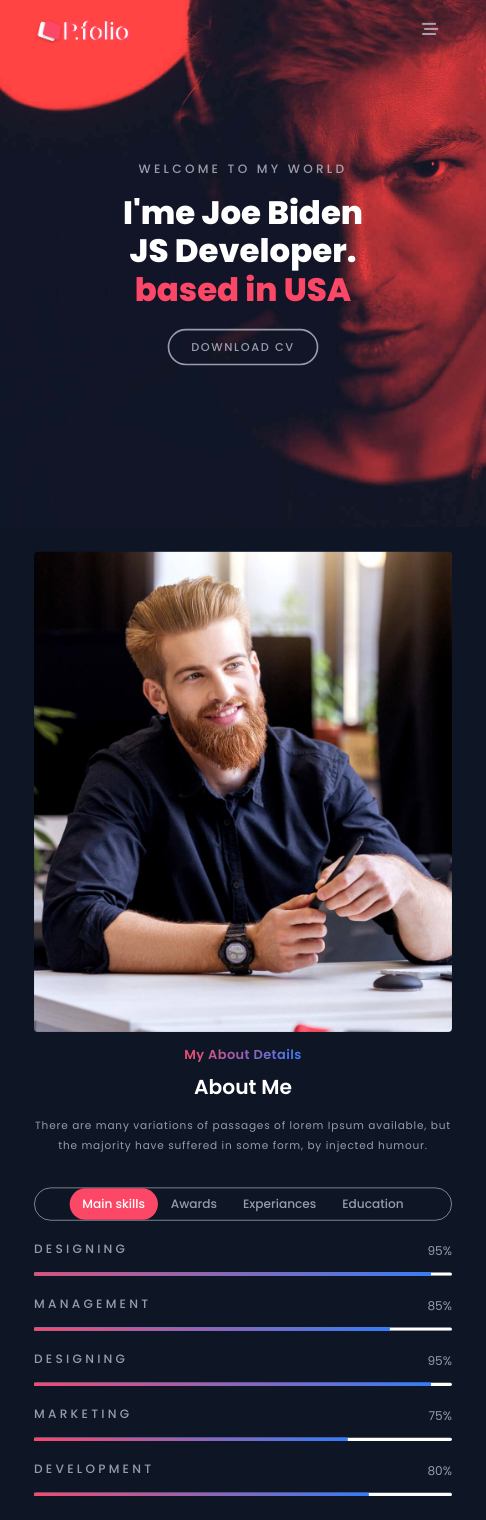
Repository: wadelfadill/Bootstrap_tache_3_responsive_portfolio
Page: index.html
These files come from the project's save history. The page is drawn as it stood at one moment and after the next save; the edit follows.
The browser window is 600 px wide. The pictures show the whole page, at 81% of full size.
Backgrounds fixed to the window are drawn as part of the page. Some web libraries are served in a nearby version.

Above is the page before, as saved 2023-04-11 11:03:49.

### index.html
<!DOCTYPE html>
<html lang="en">
<head>
    <meta charset="UTF-8">
    <meta http-equiv="X-UA-Compatible" content="IE=edge">
    <meta name="viewport" content="width=device-width, initial-scale=1.0">
    <title>Bootstrap_Responsive_Portfolio</title>
    <!------ FAVICON ------->
    <link rel="icon" type="image/png" href="images/favicon.png">

    <!------------ Bootstrap link --------------->
    <link href="https://cdn.jsdelivr.net/npm/bootstrap@5.1.3/dist/css/bootstrap.min.css" rel="stylesheet" integrity="sha384-1BmE4kWBq78iYhFldvKuhfTAU6auU8tT94WrHftjDbrCEXSU1oBoqyl2QvZ6jIW3" crossorigin="anonymous">

    <!-------------- Font-awsome script  ------------->
    <script src="https://kit.fontawesome.com/8f130c8a35.js" crossorigin="anonymous"></script>

    <!------------ CSS files link  ------------->
    <link rel="stylesheet" href="css/style.css">
    <link rel="stylesheet" href="css/responsive-style.css">

    <!------------- Google-Font link ---------------->
    <link rel="stylesheet" href="https://fonts.googleapis.com/css2?family=Poppins%3Awght%40100%3B200%3B300%3B400%3B500%3B600%3B700%3B800%3B900&display=swap">
</head>
<body data-bs-spy="scroll" data-bs-target=".navbar" data-bs-offset="75">
    <!------------------------------------------------------>
        <!------------- Navbar Section ----------->
        <header class="header_wrapper">
            <nav class="navbar navbar-expand-lg fixed-top">
                <div class="container">
                  <a class="navbar-brand" href="#">
                    <img src="images/logo.png" alt="logo" class="img-fluid">
                  </a>
                  <button class="navbar-toggler" type="button" data-bs-toggle="collapse" data-bs-target="#navbarNav" aria-controls="navbarNav" aria-expanded="false" aria-label="Toggle navigation">
                    <i class="fa-solid fa-bars-staggered navbar-toggler-icon"></i>
                  </button>
                  <div class="collapse navbar-collapse justify-content-end" id="navbarNav">
                    <ul class="navbar-nav menu-navbar-nav">
                      <li class="nav-item">
                        <a class="nav-link active" aria-current="page" href="#home">Home</a>
                      </li>
                      <li class="nav-item">
                        <a class="nav-link" href="#about">About</a>
                      </li>
                      <li class="nav-item">
                        <a class="nav-link" href="#services">Services</a>
                      </li>
                      <li class="nav-item">
                        <a class="nav-link" href="#portfolio">Portfolio</a>
                      </li>
                      <li class="nav-item">
                        <a class="nav-link" href="#contact">Contact</a>
                      </li>
                      <li class="nav-item mt-3 mt-lg-0">
                        <a class="main-btn" href="#contact">Hire me</a>
                      </li>
                    </ul>
                  </div>
                </div>
              </nav>
        </header>
        <!----------- Navbar section end -------->
    <!------------------------------------------------------>
        <!----------- Banner section ------------->
        <section id="home" class="banner_wrapper">
            <div class="container">
                <div class="row">
                    <div class="col-sm-12 text-center text-md-start">
                        <h6>WELCOME TO MY WORLD</h6>
                        <h1>I'me Joe Biden <br> JS Developer. <span><br>based in USA</span></h1>
                        <div class="mt-4">
                            <a href="" class="main-btn">Download CV</a>
                        </div>
                    </div>
                </div>
            </div>
        </section>
        <!----------- Banner section end --------->
    <!------------------------------------------------------>
        <!----------- About section -------------->
        <section id="about" class="about_wrapper">
            <div class="container">
              <div class="row justify-content-between align-items-center">
                  <div class="col-lg-5 mb-lg-0">
                    <img src="images/about.jpg" alt="about-img" class="img-fluid rounded-3">
                  </div>
                  <div class="col-lg-7 ps-lg-5 text-center text-lg-start">
                    <div class="my-3 my-lg-0">
                      <span class="subtitle">My About Details</span>
                      <h2>About Me</h2>
                      <p>There are many variations of passages of lorem Ipsum available, but the majority have
                        suffered in some form, by injected humour.</p>
                    </div>
                    <div class="pt-4">
                      <ul class="nav nav-pills mb-3 justify-content-center justify-content-lg-between" id="pills-tab" role="tablist">
                        <li class="nav-item" role="presentation">
                          <button class="nav-link active" id="pills-skill-tab" data-bs-toggle="pill" data-bs-target="#pills-skill" type="button" role="tab" aria-controls="pills-skill" aria-selected="true">Main skills</button>
                        </li>
                        <li class="nav-item" role="presentation">
                          <button class="nav-link" id="pills-award-tab" data-bs-toggle="pill" data-bs-target="#pills-award" type="button" role="tab" aria-controls="pills-award" aria-selected="false">Awards</button>
                        </li>
                        <li class="nav-item" role="presentation">
                          <button class="nav-link" id="pills-experiance-tab" data-bs-toggle="pill" data-bs-target="#pills-experiance" type="button" role="tab" aria-controls="pills-experiance" aria-selected="false">Experiances</button>
                        </li>
                        <li class="nav-item" role="presentation">
                          <button class="nav-link" id="pills-education-tab" data-bs-toggle="pill" data-bs-target="#pills-education" type="button" role="tab" aria-controls="pills-education" aria-selected="false">Education</button>
                        </li>
                      </ul>
                      <div class="tab-content" id="pills-tabContent">
                        <div class="tab-pane fade show active" id="pills-skill" role="tabpanel" aria-labelledby="pills-skill-tab" tabindex="0">
                            <div class="single-progress">
                                <h6>Designing</h6>
                                <div class="progress">
                                  <div class="progress-bar" role="progressbar" aria-label="Basic example" style="width: 95%" aria-valuenow="25" aria-valuemin="0" aria-valuemax="100"></div>
                                </div>
                                <span class="label">95%</span>
                            </div>
                            <div class="single-progress">
                              <h6>Management</h6>
                              <div class="progress">
                                <div class="progress-bar" role="progressbar" aria-label="Basic example" style="width: 85%" aria-valuenow="25" aria-valuemin="0" aria-valuemax="100"></div>
                              </div>
                              <span class="label">85%</span>
                            </div>
                            <div class="single-progress">
                              <h6>Designing</h6>
                              <div class="progress">
                                <div class="progress-bar" role="progressbar" aria-label="Basic example" style="width: 95%" aria-valuenow="25" aria-valuemin="0" aria-valuemax="100"></div>
                              </div>
                              <span class="label">95%</span>
                            </div>
                            <div class="single-progress">
                              <h6>Marketing</h6>
                              <div class="progress">
                                <div class="progress-bar" role="progressbar" aria-label="Basic example" style="width: 75%" aria-valuenow="25" aria-valuemin="0" aria-valuemax="100"></div>
                              </div>
                              <span class="label">75%</span>
                            </div>
                            <div class="single-progress">
                              <h6>Development</h6>
                              <div class="progress">
                                <div class="progress-bar" role="progressbar" aria-label="Basic example" style="width: 80%" aria-valuenow="25" aria-valuemin="0" aria-valuemax="100"></div>
                              </div>
                              <span class="label">80%</span>
                            </div>
                        </div>
                        <div class="tab-pane fade" id="pills-award" role="tabpanel" aria-labelledby="pills-award-tab" tabindex="0">
                          <ul class="text-start ps-0">
                            <li>
                              <a href="#">
                              Awards.com<span>- Winner</span></a> 2019 -2020</li>
                            <li>
                              <a href="#">
                              CSS Design Awards<span>- Winner</span></a> 2017 - 2018</li>
                            <li>
                              <a href="#">
                              Design nominees<span>- Site of the day</span></a></li>
                            <li>
                              <a href="#">
                              Awards.com<span>- Winner</span></a> 2019 - 2020</li>
                          </ul>
                        </div>
                        <div class="tab-pane fade" id="pills-experiance" role="tabpanel" aria-labelledby="pills-experiance-tab" tabindex="0">
                          <ul class="text-start ps-0">
                              <li><a href="#">Sr. Front-end Engineer <span>- Google</span></a>2018 - Current</li>
                              <li><a href="#">Front-end Engineer<span>- Microsoft</span></a> 2017 - 2018</li>
                              <li><a href="#">Software Engineer<span>- Alibaba</span></a> 2013 - 2014</li>
                              <li><a href="#">Software Engineer<span>- Alibaba</span></a> 2013 - 2014</li>
                          </ul>
                        </div>
                        <div class="tab-pane fade" id="pills-education" role="tabpanel" aria-labelledby="pills-education-tab" tabindex="0">
                          <ul class="text-start ps-0">
                            <li><a href="#">Bsc In CSE <span>- ABC University, Los Angeles, CA</span></a>2010</li>
                            <li><a href="#">Dilploma in Computer Science<span>- Gama Technical</span></a> 2009</li>
                            <li><a href="#">Graphic Designer<span>- ABC Institute, Los Angeles, CA</span></a> 2007</li>
                            <li><a href="#">Graphic Designer<span>- ABC Institute, Los Angeles, CA</span></a> 2007</li>
                        </ul>
                        </div>
                      </div>
                    </div>
                  </div>
              </div>
            </div>
        </section>
        <!----------- About section end ---------->
    <!------------------------------------------------------->
        <!----------- Services section ----------->

        <!----------- Services section end ------->
    <!------------------------------------------------------->
        <!----------- Portfolio section ---------->

        <!----------- Portfolio section end ----->
    <!------------------------------------------------------->
        <!----------- Contact section ----------->

        <!----------- Contact section end ------->
    <!------------------------------------------------------->
        <!------------ Footer section ----------->

        <!------------ Footer section end ------->
    <!------------------------------------------------------->
        <!-- JS file link -->
        <script src="js/main.js"></script>
        <!---------------- bootstrap script -------------->
        <script src="https://cdn.jsdelivr.net/npm/bootstrap@5.1.3/dist/js/bootstrap.bundle.min.js" integrity="sha384-ka7Sk0Gln4gmtz2MlQnikT1wXgYsOg+OMhuP+IlRH9sENBO0LRn5q+8nbTov4+1p" crossorigin="anonymous"></script>
</body>
</html>

### css/style.css
/* TABLE OF CONTENTS */
/* --------------------
1. General
2.Navbar
3.Banner
4.About
5.Services
6.Portfolio
7.contact
8.Footer
---------------------- */

/* 1. General */
@import url('https://fonts.googleapis.com/css2?family=Poppins%3Awght%40100%3B200%3B300%3B400%3B500%3B600%3B700%3B800%3B900&display=swap');

*{
    box-sizing: border-box;
    margin: 0;
    padding: 0;
}
:root{
    /* Background Color */
    --primary-color:#FD4766;
    --secondary-color:#0e1525;
    --bg-dark-blue:#091020;
    --bg-white:#fff;
    --gray-color:#c6c9d8bf;
    --gradient-color: linear-gradient(-224deg, var(--primary-color) 0, #337Dff 100%);
    --gradient-text: linear-gradient(120deg, #1C99FE 20.69%, #7644FF 50.19%, var(--primary-color) 79.69%);
    filter: progid:DXImageTransform.Microsoft.gradient(startColorstr='var(--primary-color)', endColorstr='var(--secondary-color)', GradientType=1);

    /* Text Color */
    --primary-font: 'Poppins', 'sans-serif';
    --primary-text: #FD4766;
    --text-gray: #c6c9d8bf;
    --text-white:#fff;

}

body{
    font-family: var(--primary-font);
    background-color: var(--secondary-color);
}
a{
    text-decoration: none;
}

/* 2. custom css */
::-webkit-scrollbar{
    width: 6px;
}
::-webkit-scrollbar-track{
    background: var(--bg-dark-blue);
}
::-webkit-scrollbar-thumb{
    background: var(--primary-color);
}
input[type=number]::-webkit-inner-spin-button,
input[type=number]::-webkit-outer-spin-button{
    -webkit-appearance: none;
    margin: 0;
}

section{
    padding: 50px 0;
}
.main-btn{
    display: inline-block;
    border-radius: 50px;
    transition: all .4s ease-in-out;
    padding: 10px 27px;
    background-color: transparent;
    border: 2px solid var(--gray-color);
    color: var(--text-gray);
    font-weight: 500;
    font-size: 14px;
    text-transform: uppercase;
    letter-spacing: 2px;
    text-decoration: none;
}
.main-btn:hover{
    background-color: var(--primary-color);
    border-color: var(--primary-color);
    color: var(--text-white);

}
h1{
    font-size: 54px;
    line-height: 68px;
    font-weight: 800;
    color: var(--text-white);
    margin-bottom: 20px;
}
h1 span{
    color: var(--primary-color);
}
h2{
    font-size: 50px;
    line-height: 1.3;
    font-weight: 600;
    color: var(--text-white);
    margin-bottom: 15px;
}
h3{
    font-size: 20px;
    font-weight: 800;
    color: var(--text-white);
    margin-bottom: 19px;
}
h6{
    font-size: 15px;
    text-transform: uppercase;
    letter-spacing: 4px;
    display: block;
    color: var(--text-gray);
    margin-bottom: 20px;
}

p{
    color: var(--text-gray);
    font-size: 16px;
    line-height: 28px;
    letter-spacing: 1px;
    font-weight: 400;
}

.subtitle{
    display: inline-block;
    font-weight: 600;
    letter-spacing: 0.5px;
    line-height: 18px;
    font-size: 16px;
    margin-bottom: 12px;
    background: var(--gradient-color);
    -webkit-background-clip: text;
    -webkit-text-fill-color: transparent;
}
input:hover,
input:focus,
textarea:hover,
textarea:focus,
button{
    outline: none !important;
    box-shadow: none !important;
}

/* 2. Navbar */
.header_wrapper .navbar{
    padding: 15px 0;
    -webkit-transition: all .2s linear;
    -o-transition: all .2s linear;
    transition: all .2s linear;

}
.header_wrapper .navbar-brand img{
    max-width: 120px;
    height: auto;
}
.header_wrapper .navbar-toggler{
    border: 0;
    color: var(--gray-color);
    line-height: 2;
}
.header_wrapper .navbar-toggler:focus{
    box-shadow: none;
}
.header_wrapper .nav-item{
    margin: 0 10px;
}
.header_wrapper .nav-item .nav-link{
    position: relative;
    font-size: 16px;
    font-weight: 500;
    color: var(--text-gray);
    display: inline-block;
}
.header_wrapper .nav-item .nav-link::after{
    position: absolute;
    content: '';
    left: 0;
    width: 0;
    height: 2px;
    background: var(--primary-color);
    transition: 0.3s;
    bottom: 0;
}
.header_wrapper .nav-item .nav-link.active::after,
.header_wrapper .nav-item .nav-link:hover::after{
    width: 100%;

}
.header_wrapper .nav-item .nav-link.active,
.header_wrapper .nav-item .nav-link:hover{
     color: var(--text-white);
}
.header-scrolled{
    position: fixed;
    top: 0;
    left: 0;
    width: 100%;
    background-color: var(--bg-dark-blue);
    -webkit-box-shadow: 0 4px 6px 0 rgba(12, 0, 46, .05);
    box-shadow: 0 4px 6px 0 rgba(12, 0, 46, .05);
}
.header-scrolled .nav-item .nav-link.active,
.header-scrolled .nav-item .nav-link:hover{
     color: var(--primary-text);
}
/* 3. Banner */
.banner_wrapper{
    width: 100%;
    height: auto;
    min-height: 650px;
    background-image: url('../images/bg-image.jpg');
    background-repeat: no-repeat;
    background-position: center center;
    background-size: cover;
    background-attachment: fixed;
    padding: 200px 0 100px 0;
}
/* 4. About */
.about_wrapper ul.nav-pills{
    border: 1px solid var(--gray-color);
    border-radius: 50px;

}
.about_wrapper ul li .nav-link{
    border-radius: 50px;
    font-size: 15px;
    font-weight: 500;
    transition: all 0.45s cubic-bezier(0,0,0.2,1);
    display: inline-block;
    color: var(--text-gray);
    border: 0;
}
.about_wrapper ul li .nav-link.active{
    background-color: var(--primary-color);
}
.about_wrapper .single-progress{
    margin-top: 26px;
    position: relative;
    overflow: hidden;
}
.about_wrapper .single-progress .progress{
    height: 4px;
    box-shadow: none;
    border-radius: 4px;
    background-color: var(--bg-white);
    overflow: visible;
}
.about_wrapper .single-progress .progress-bar{
    background-image: var(--gradient-color);
}
.about_wrapper .single-progress h6{
    text-align: left;
}
.about_wrapper .single-progress .label{
    position: absolute;
    right: 0;
    top: 0;
    color: var(--text-gray);
    font-size: 15px;
}
.about_wrapper .tab-pane li{
    color: var(--gray-color);
    font-size: 16px;
    margin-bottom: 15px;
    font-weight: 300;
    list-style: none;
}
.about_wrapper .tab-pane li a{
    font-weight: 500;
    display: block;
    color: var(--text-gray);
}

### css/responsive-style.css
@media (max-width:991px){

    /* Custom css */
    section{
        padding: 30px 0;
    }
    h2{
        font-size: 30px;
        line-height: 40px;
    }
    h3{
        font-size: 20px;
    }
    /* 2. Navbar */
    .header-scrolled{
        height: auto;
    }
    .header_wrapper .menu-navbar-nav{
        text-align: center;
        background-color: var(--bg-dark-blue);
        padding-bottom: 15px;
    }
    .header_wrapper .nav-item .nav-link{
        margin-top: 15px;
    }
    /* banner wrapper */
    .banner_wrapper{
        padding: 200px 0;
    }
}



@media (max-width:767px){
    /* Custom css */
    section{
        padding: 30px 0;
    }
    h1{
        font-size: 40px;
        line-height: 48px;
    }
    h2{
        font-size: 25px;

    }
    p{
        font-size: 13px;
        line-height: 24px;
    }
}

### js/main.js
//Header Scroll
let nav = document.querySelector(".navbar");
window.onscroll = function () {
    if(document.documentElement.scrollTop > 20){
        nav.classList.add("header-scrolled");
    }else{
        nav.classList.remove("header-scrolled");
    }
}

// nav hide
let navBar = document.querySelectorAll(".nav-link");
let navCollapse = document.querySelector(".navbar-collapse.collapse");
navBar.forEach(function(a){
    a.addEventListener("click", function(){
        navCollapse.classList.remove("show")
    })
})

After the next save:
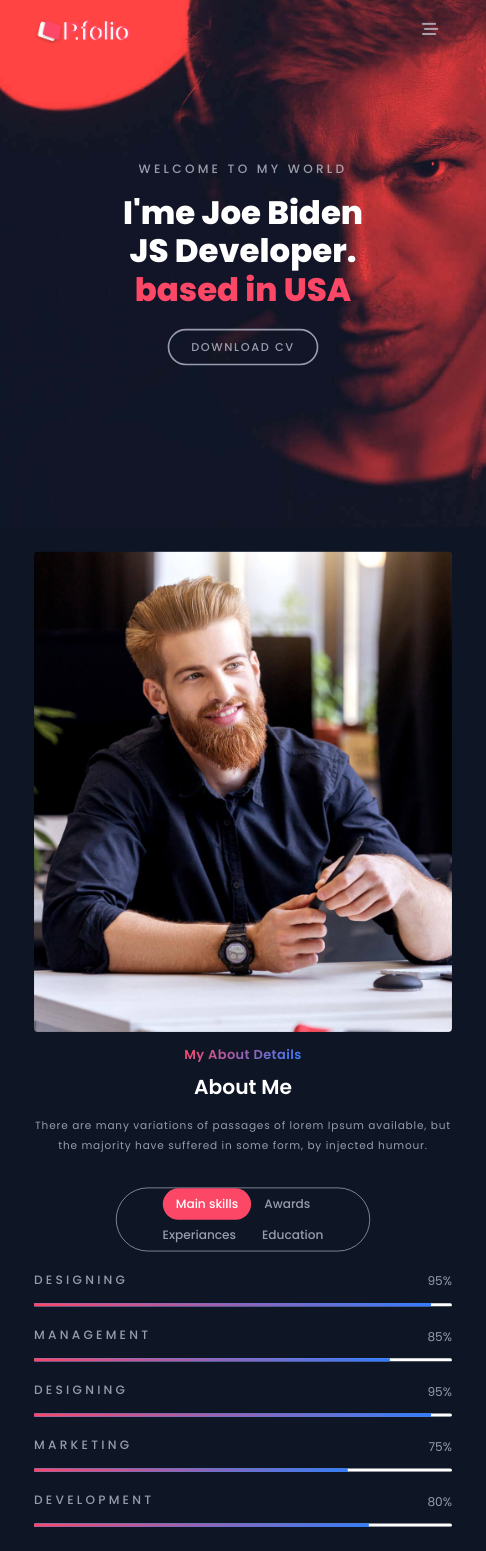
Saved 63 s later.
--- a/css/responsive-style.css
+++ b/css/responsive-style.css
@@ -27,6 +27,11 @@
     .banner_wrapper{
         padding: 200px 0;
     }
+    /* About wrapper */
+    .about_wrapper ul.nav-pills{
+        width: 61%;
+        margin: auto;
+    }
 }
 
 
@@ -48,4 +53,9 @@
         font-size: 13px;
         line-height: 24px;
     }
+    /* About wrapper */
+    .about_wrapper ul.nav-pills{
+        width: 61%;
+        margin: auto;
+    }
 }
